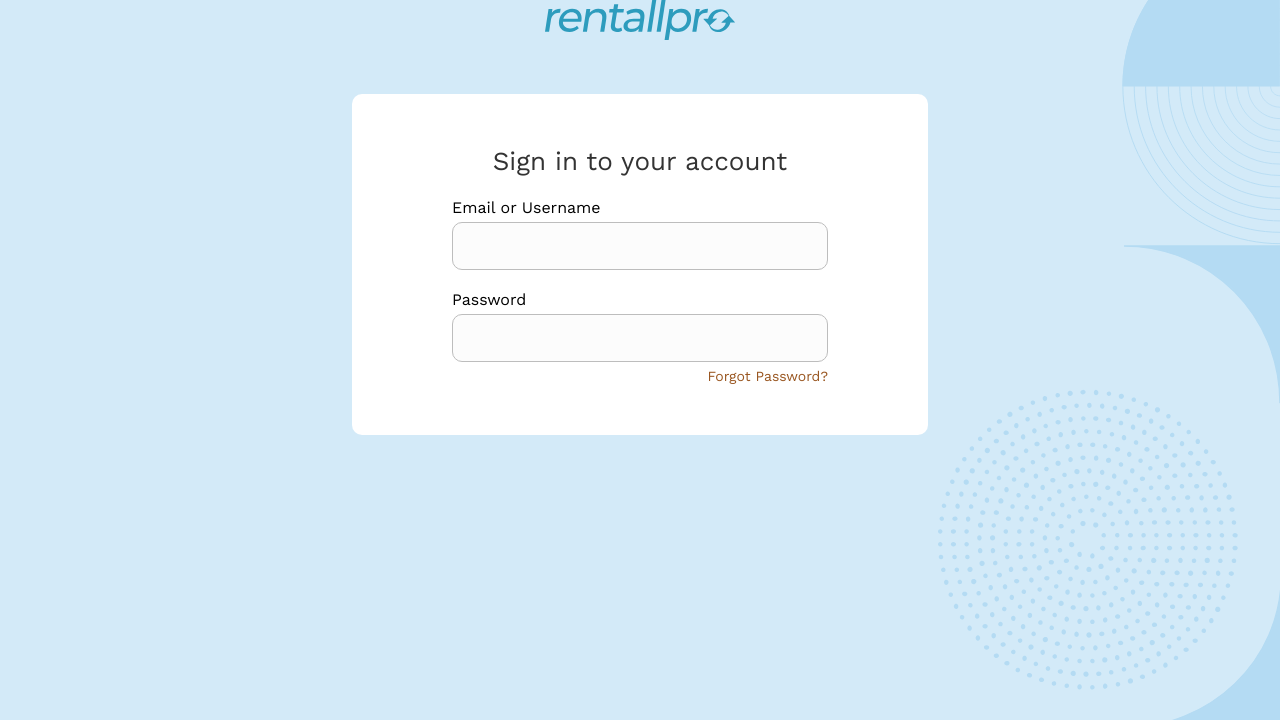
Repository: RentallPro/rentallpro-frontend
Page: /
The author's editor kept a copy of each file at every save. The page is drawn from the files as they stood at one save, then again after the next save.
The browser window is 1280 px wide. The pictures show the whole page.
The project was rebuilt for these pictures with package versions that can differ from the ones it lists, and the page was loaded fresh each time.

Above is the page before, as saved 2020-12-09 10:49:48.

### public/index.html
<!DOCTYPE html>
<html lang="en">
  <head>
    <meta charset="utf-8">
    <meta http-equiv="X-UA-Compatible" content="IE=edge">
    <meta name="viewport" content="width=device-width,initial-scale=1.0">
    <link rel="icon" href="<%= BASE_URL %>favicon.ico">
    <link href="https://fonts.googleapis.com/css?family=Work+Sans&display=swap" rel="stylesheet">
    <title><%= htmlWebpackPlugin.options.title %></title>
  </head>
  <body>
    <noscript>
      <strong>We're sorry but <%= htmlWebpackPlugin.options.title %> doesn't work properly without JavaScript enabled. Please enable it to continue.</strong>
    </noscript>
    <div id="app"></div>
    <!-- built files will be auto injected -->
  </body>
</html>

### src/App.vue
<template>
  <div id="app">
    <router-view/>
  </div>
</template>

<style lang="scss">
* {
  margin: 0;
  padding: 0;
  box-sizing: border-box;
}
#app {
  font-family: 'Work Sans', sans-serif;
}
</style>

### src/router/index.js
import Vue from 'vue'
import VueRouter from 'vue-router'
import Home from '../views/Home/Home.vue'

Vue.use(VueRouter)

const routes = [
  {
    path: '/',
    name: 'Home',
    component: Home
  },
  {
    path: '/about',
    name: 'About',
    // route level code-splitting
    // this generates a separate chunk (about.[hash].js) for this route
    // which is lazy-loaded when the route is visited.
    component: () => import(/* webpackChunkName: "about" */ '../views/About.vue')
  }
]

const router = new VueRouter({
  mode: 'history',
  base: process.env.BASE_URL,
  routes
})

export default router

### src/views/Home/Home.vue
<template>
  <div class="home">
    <div class="form-container">
      <div class="logo"><img src="@/assets/logo.svg" alt="logo"></div>
      <div class="form-wrapper">
        <h3 class="form-title">Sign in to your account</h3>
        <div class="input">
          <label for="Email">Email or Username</label>
          <input type="text">
        </div>
        <div class="input">
          <label for="password">Password</label>
          <input type="password">
          <p>Forgot Password?</p>
        </div>
      </div>
    </div>
  </div>
</template>

<script>
// @ is an alias to /src

export default {
  name: 'Home',
  components: {
  }
}
</script>

<style lang="scss" src="./Home.scss" scoped></style>

### src/views/Home/Home.scss
.home {
    background: #D3EAF8;
    background-image: url(../../assets/Patern.svg);
    background-repeat: no-repeat;
    background-position-y: top;
    background-position-x: right;
    width: 100vw;
    height: 100vh;
    .form-container {
        width: 45%;
        display: block;
        margin: auto;
        .logo {
            text-align: center;
        }
        .form-wrapper {
            width: 100%;
            padding: 50px 100px;
            background: #FFFFFF;
            border-radius: 10px;
            margin-top: 50px;
            .form-title {
                font-style: normal;
                font-weight: 500;
                font-size: 26px;
                line-height: 34px;
                color: #333333;
                text-align: center;
            }
            .input {
                display: flex;
                flex-direction: column;
                margin-top: 20px;
                input {
                    height: 48px;
                    background: #FCFCFC;
                    border: 1px solid #BDBDBD;
                    border-radius: 10px;
                    margin-top: 5px;
                }
                p {
                    font-weight: normal;
                    font-size: 14px;
                    line-height: 18px;
                    color: #995620;
                    text-align: right;
                    margin-top: 5px;
                }
            }
        }
    }
}

Loaded but not shown: src/main.js (common file); src/store/index.js (common file)

After the next save:
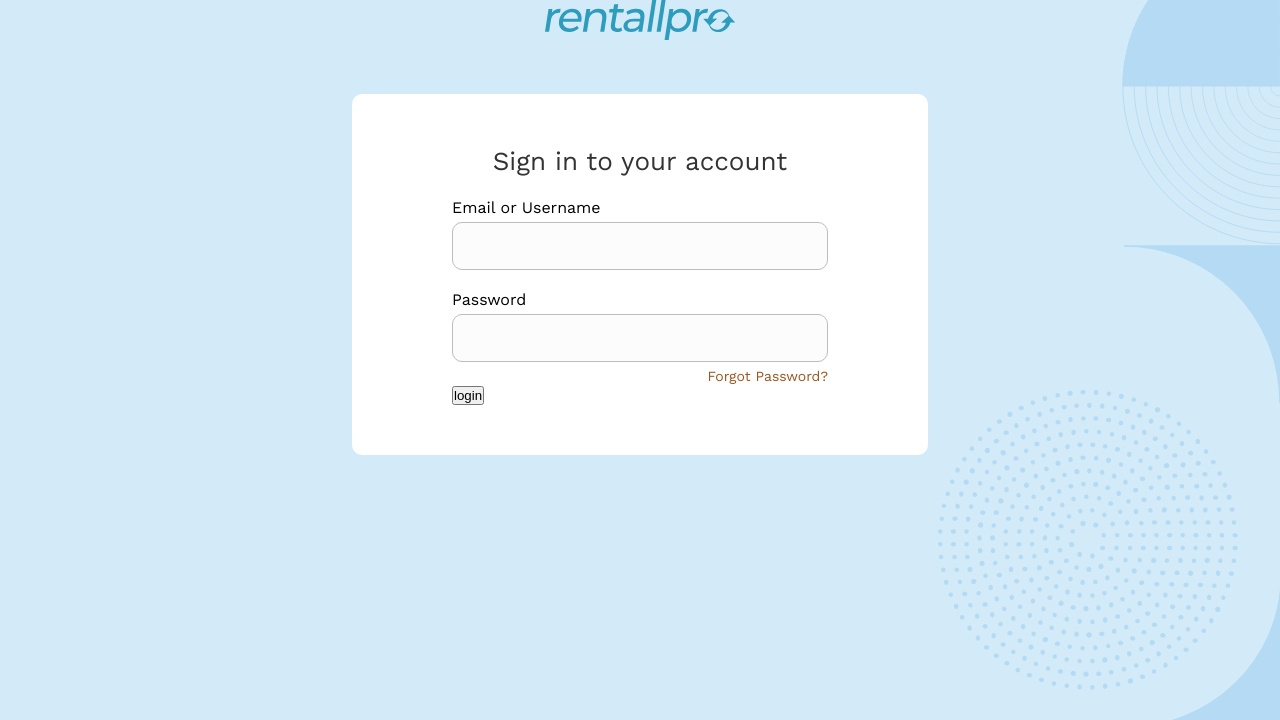
Saved 2 min 32 s later.
--- a/src/views/Home/Home.vue
+++ b/src/views/Home/Home.vue
@@ -13,6 +13,9 @@
           <input type="password">
           <p>Forgot Password?</p>
         </div>
+        <button class="login-button">
+          login
+        </button>
       </div>
     </div>
   </div>
